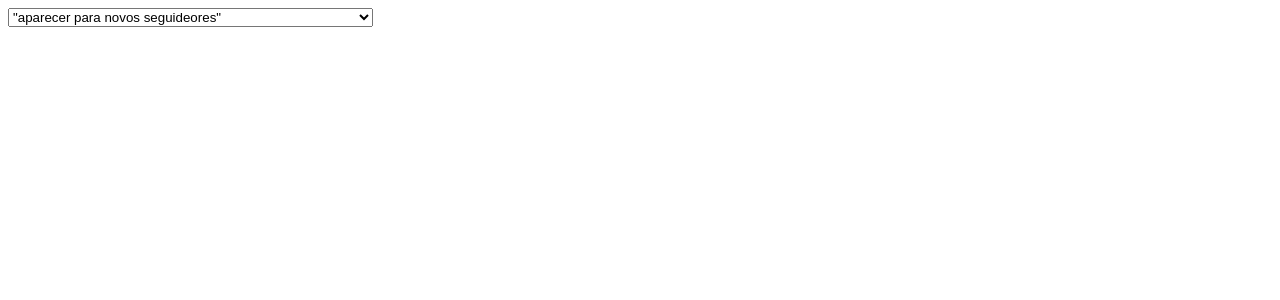
Repository: Ubiratandev/ink_api
Page: ink_IA/ink_ia.html
The author's editor kept a copy of each file at every save. The page is drawn from the files as they stood at one save, then again after the next save.
The browser window is 1280 px wide. The pictures show the whole page.

Above is the page before, as saved 2026-03-23 21:47:17.

### ink_IA/ink_ia.html
<!DOCTYPE html>
<html>
<head>
    <title>Ink IA</title>
</head>
<body>
   <select value = "Objetivo da postagem:" onchange={}>
    <optgroup>
        <option value = "0"> "aparecer para novos seguideores"</option>
        <option value = "1">"engajar com pessoas que ja viram as suas postagens"</option>
        <option value = "2">"vender para pessoas que ja engajaram com voce"</option>
    </optgroup>
   </select>
</body>
</html>

After the next save:
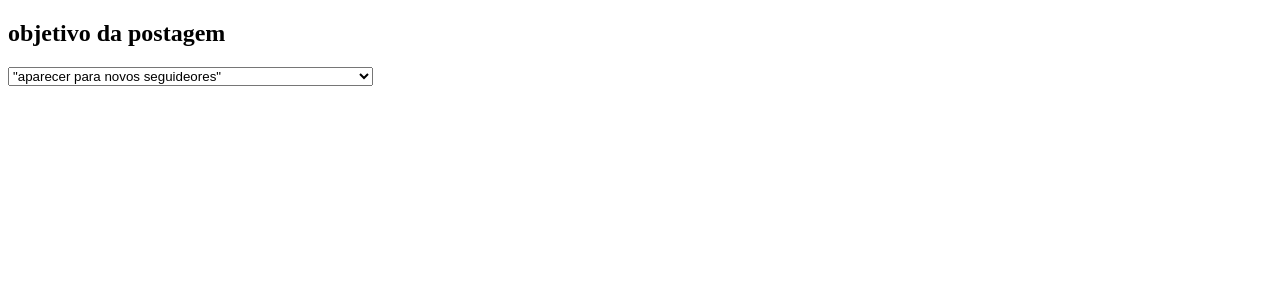
Saved 38 s later.
--- a/ink_IA/ink_ia.html
+++ b/ink_IA/ink_ia.html
@@ -4,12 +4,15 @@
     <title>Ink IA</title>
 </head>
 <body>
-   <select value = "Objetivo da postagem:" onchange={}>
+   <div>
+    <h2>objetivo da postagem</h2>
+    <select value = "Objetivo da postagem:" onchange={}>
     <optgroup>
         <option value = "0"> "aparecer para novos seguideores"</option>
         <option value = "1">"engajar com pessoas que ja viram as suas postagens"</option>
         <option value = "2">"vender para pessoas que ja engajaram com voce"</option>
     </optgroup>
    </select>
+   </div>
 </body>
 </html>
